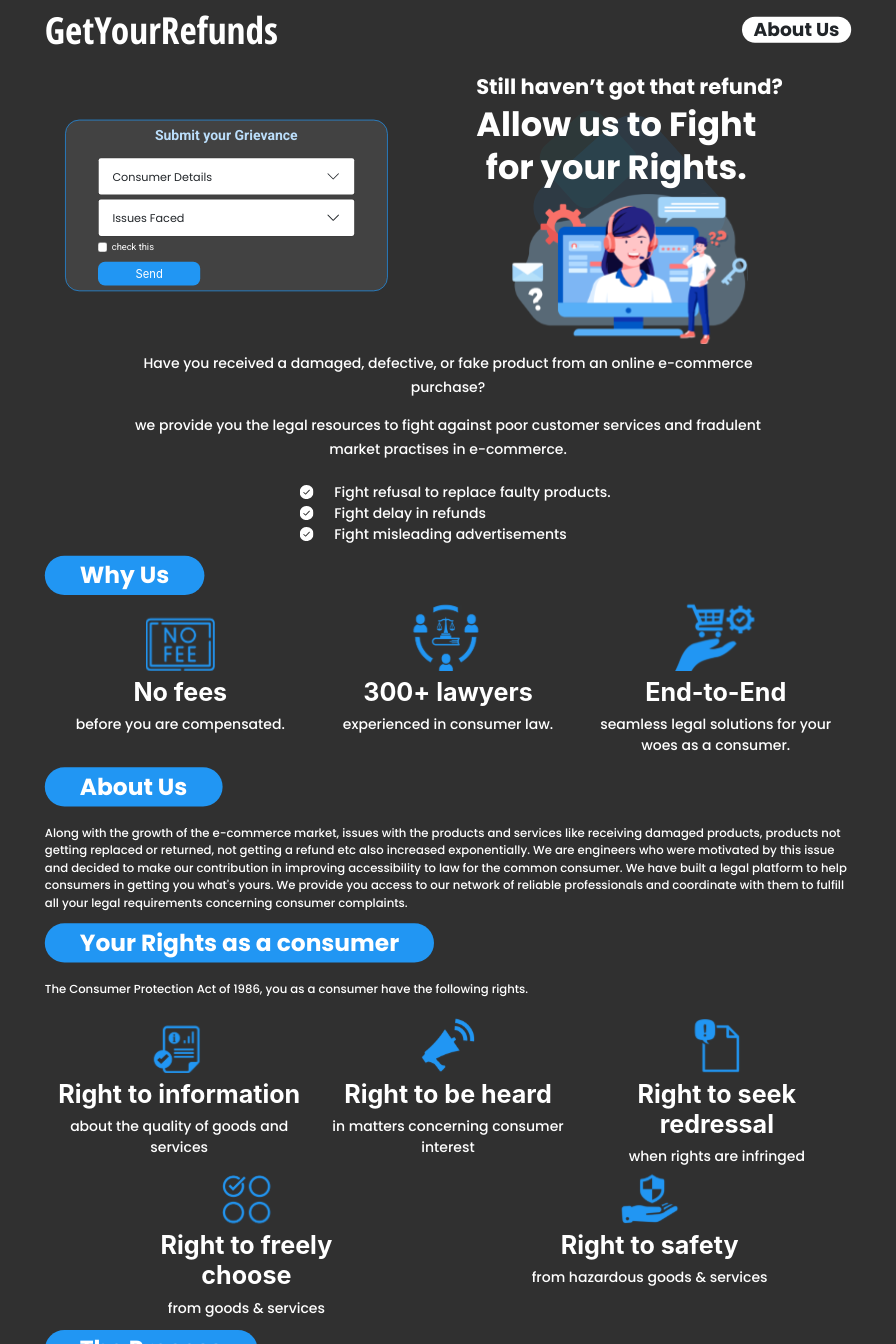
Repository: Eren00Yeager/initial-survey
Page: /consumer-complaints
These files come from the project's save history. The page is drawn as it stood at one moment and after the next save; the edit follows.
The browser window is 1280 px wide. The pictures show the part of the page from y = 0 to 1920 px (the page is 2604 px tall before and 2633 px after), at 70% of full size.
Some web fonts or font styles are not loaded; a fallback is used. The project was rebuilt for these pictures with package versions that can differ from the ones it lists, and the page was loaded fresh each time. The framework's server and built-in components were replaced by stand-ins that run in the browser. Also part of the build but not shown: next.config.js.

Above is the page before, as saved 2022-07-14 14:31:51.

After the next save:
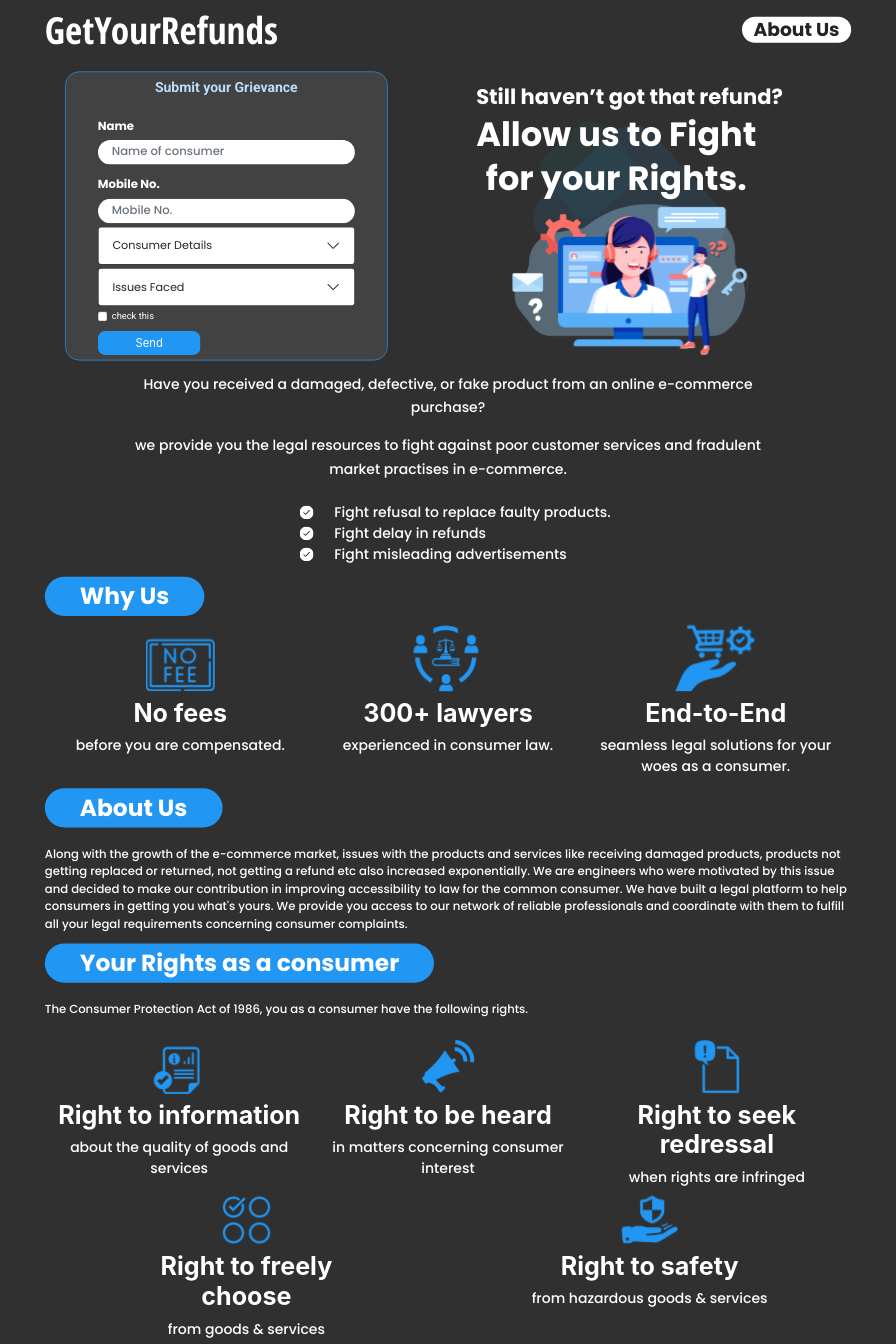
Saved 2 min 55 s later.
--- a/pages/consumer-complaints.jsx
+++ b/pages/consumer-complaints.jsx
@@ -119,6 +119,15 @@ export default function consumer() {
                 Submit your Grievance
             </div>
             <div className={consumerStyles.details}>
+            <Form.Group className={consumerStyles.det}>
+                                <Form.Label className={consumerStyles.nam}>Name</Form.Label>
+                                <Form.Control className={consumerStyles.plc} type="text" placeholder="Name of consumer" />
+                            </Form.Group>
+
+                            <Form.Group className={consumerStyles.det} >
+                                <Form.Label className={consumerStyles.nam}>Mobile No.</Form.Label>
+                                <Form.Control className={consumerStyles.plc} type="Mobile No." pattern="[0-9]{10}" placeholder="Mobile No." onChange={(e) => setMobile(e.target.value)} />
+                            </Form.Group>
                 <Accordion>
                     <Accordion.Item eventKey="0"  style={{background:"#424242"}}>
                         <Accordion.Header className={consumerStyles.id}>Consumer Details</Accordion.Header>
